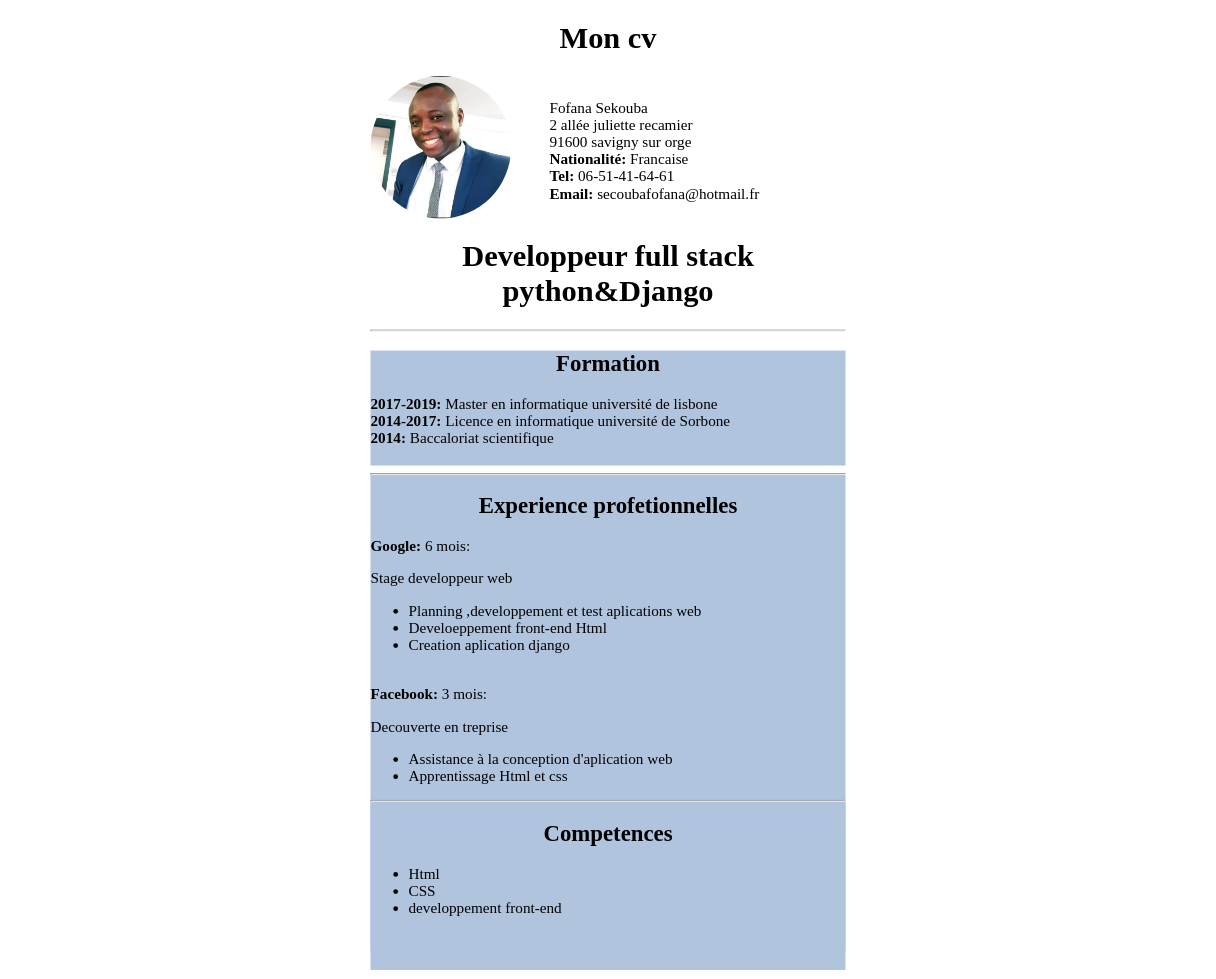
Repository: lamdakara/cv-html
Page: index.html
An editor plug-in stored every save of this project. The page is shown before and after the next save, followed by the edit.
The browser window is 1280 px wide. The pictures show the whole page, at 95% of full size.
Some web libraries are served in a nearby version.

Above is the page before, as saved 2023-08-26 14:25:56.

### index.html
<!DOCTYPE html>
<html lang="fr">
<head>
    <meta charset="UTF-8">
    <meta name="viewport" content="width=device-width, initial-scale=1.0">
    <title>Cv-html-Sekouba</title>
    <link rel="stylesheet" href="/css/style.css">
    <script src="https://kit.fontawesome.com/30d425bcaa.js" crossorigin="anonymous"></script>
</head>
<body>
    <h1>Mon cv</h1>
    <div class="contenu">
    <div class="details">
        <img src="profil.jpg/1661794008238.jpg" alt="image de profil">
    <ul class="liste-details">
        <li>Fofana Sekouba</li>
        <li>2 allée juliette recamier <br>91600 savigny sur orge </li>
        <li><strong>Nationalité:</strong> Francaise</li>
        <li><strong>Tel:</strong> 06-51-41-64-61</li>
        <li><strong>Email:</strong> secoubafofana@hotmail.fr</li>
    </ul>
</div>
    <!-- titre h1 -->
    <h1>Developpeur full stack  <br> python&Django</h1>

    <hr>
    <div class="cv-section">
    <h2>Formation</h2>
    <strong>2017-2019:</strong>
    <span>Master en informatique université de lisbone</span>

    <br>

    <strong>2014-2017:</strong>
    <span>Licence en informatique université de Sorbone</span>

    <br>

    <strong>2014:</strong>
    <span>Baccaloriat scientifique</span>

    </div>
    <div class="cv-section">
    <hr>
    <div>
    <h2>Experience profetionnelles</h2>
    <strong>Google:</strong>
    <span>6 mois:</span>
    <p>Stage developpeur web</p>
    <ul>
        <li>Planning ,developpement et test aplications web</li>
        <li>Develoeppement front-end Html</li>
        <li>Creation aplication django</li>
    </ul>
    <br>

    </div>

    <strong>Facebook:</strong>
    <span>3 mois:</span>
    <p>Decouverte en treprise</p>
    <ul>
        <li>Assistance à la conception d'aplication web</li>
        <li>Apprentissage Html et css </li>

    </ul>


 <div class="cv-section">


    <hr>

    <h2>Competences</h2>

    <ul>
        <li>Html</li>
        <li>CSS</li>
        <li>developpement front-end</li>
    </ul>
</div>
</div>
</body>
</html>

### css/style.css
.contenu {
    width: 500px;
    margin: 10px auto;
    /*background-color: lightskyblue;*/
}

.details {
   /* background-color:lightpink;*/
    height: 150px;
}
.details img {
    float: left;

    height: 150px;
    border-radius: 50%;
}
.liste-details {
    /*background-color: lightsalmon;*/
    float: left;
    list-style: none;
    margin-top: 25px;
}
.cv-section {
    background-color: lightsteelblue;
    padding-bottom: 20px;


}

h1,h2 {
text-align: center;
}

After the next save:
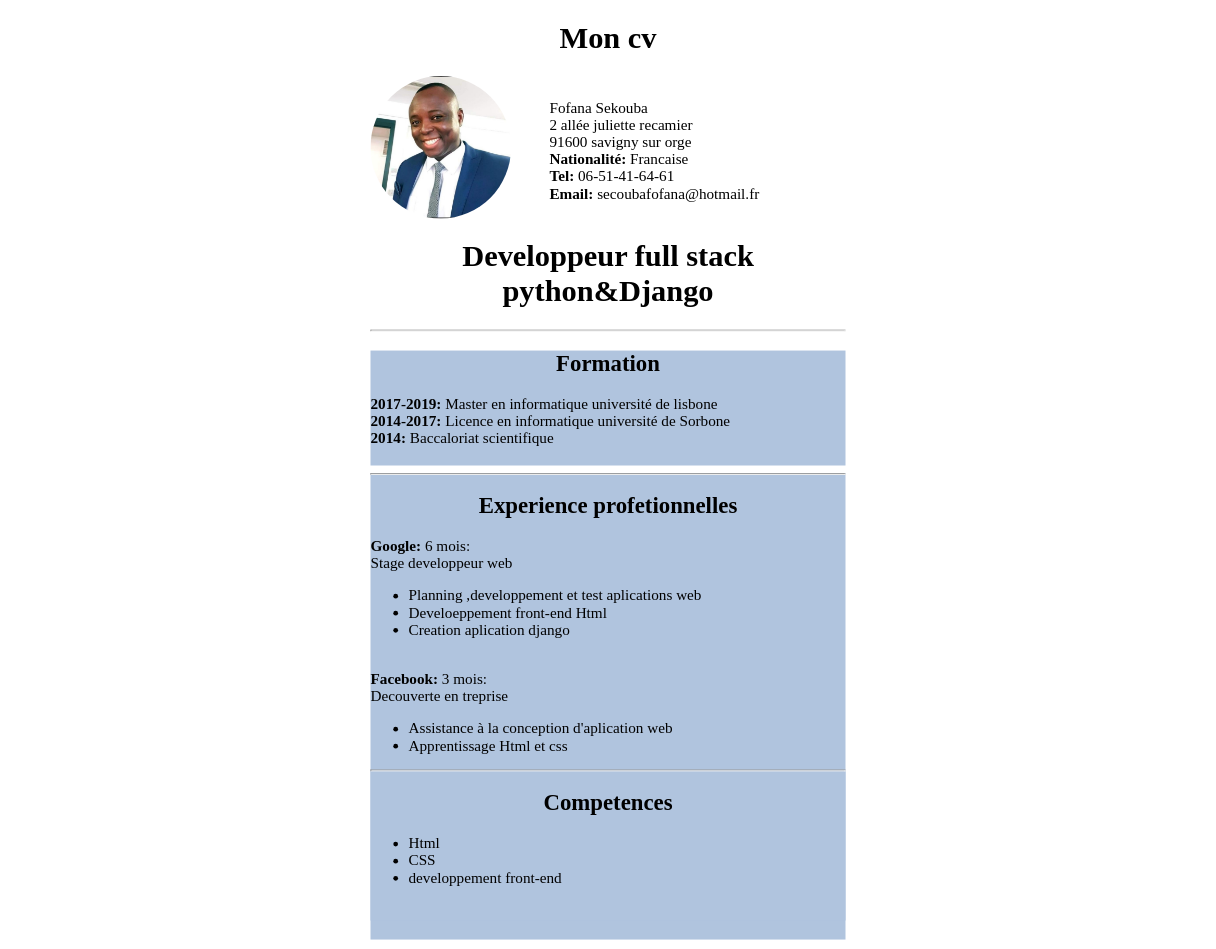
Saved 116 s later.
--- a/css/style.css
+++ b/css/style.css
@@ -30,3 +30,6 @@
 h1,h2 {
 text-align: center;
 }
+p{
+    margin: 0px;
+}
